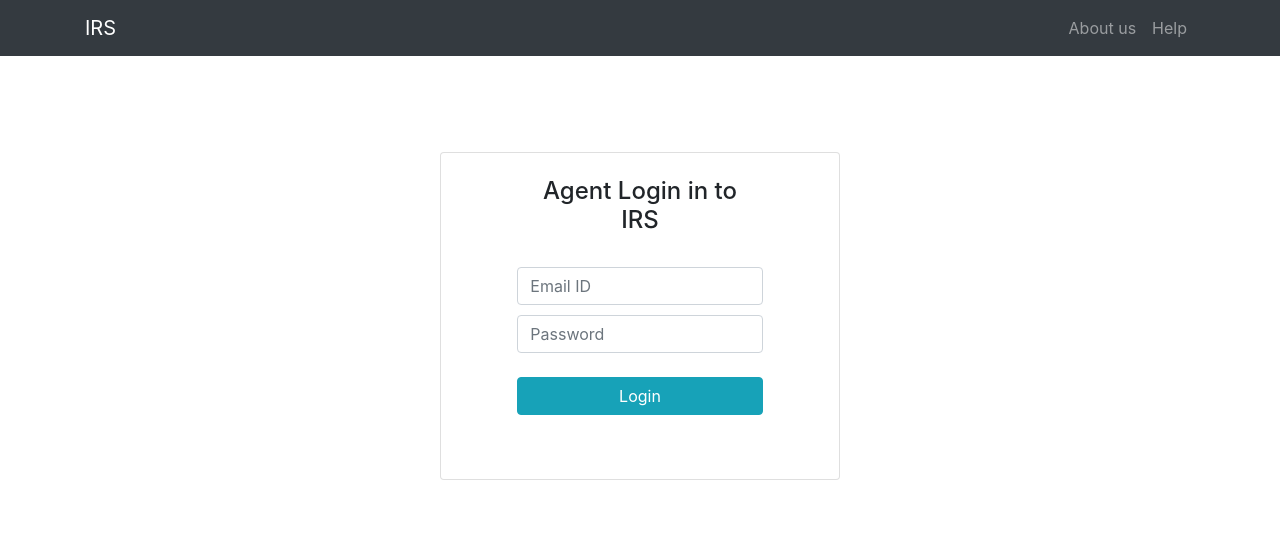
Repository: greeshmavyas/IRS_CS
Page: / (app in AgentManagement/Frontend/)
The author's editor kept a copy of each file at every save. The page is drawn from the files as they stood at one save, then again after the next save.
The browser window is 1280 px wide. The pictures show the whole page.
Some web libraries are served in a nearby version. The project was rebuilt for these pictures with package versions that can differ from the ones it lists, and the page was loaded fresh each time. Also part of the build but not shown: AgentManagement/Frontend/src/components/NavbarDash.js, AgentManagement/Frontend/src/components/Sidebar.js, AgentManagement/Frontend/src/components/Dashboard.js, AgentManagement/Frontend/src/components/Settings.js, AgentManagement/frontend/src/App.css.

Above is the page before, as saved 2020-10-26 16:46:29.

### AgentManagement/frontend/public/index.html
<!DOCTYPE html>
<html lang="en">
  <head>
    <meta charset="utf-8" />
    <link rel="icon" href="%PUBLIC_URL%/favicon.ico" />
    <meta name="viewport" content="width=device-width, initial-scale=1" />
    <meta name="theme-color" content="#000000" />
    <meta
      name="description"
      content="Web site created using create-react-app"
    />
    <link rel="apple-touch-icon" href="%PUBLIC_URL%/logo192.png" />
    <!--
      manifest.json provides metadata used when your web app is installed on a
      user's mobile device or desktop. See https://developers.google.com/web/fundamentals/web-app-manifest/
    -->
    <link rel="manifest" href="%PUBLIC_URL%/manifest.json" />
    <link rel="stylesheet" href="https://stackpath.bootstrapcdn.com/bootstrap/4.4.1/css/bootstrap.min.css"
      integrity="sha384-Vkoo8x4CGsO3+Hhxv8T/Q5PaXtkKtu6ug5TOeNV6gBiFeWPGFN9MuhOf23Q9Ifjh" crossorigin="anonymous">
    <script src="https://kit.fontawesome.com/db1fc867ad.js" crossorigin="anonymous"></script>
    <!--
      Notice the use of %PUBLIC_URL% in the tags above.
      It will be replaced with the URL of the `public` folder during the build.
      Only files inside the `public` folder can be referenced from the HTML.

      Unlike "/favicon.ico" or "favicon.ico", "%PUBLIC_URL%/favicon.ico" will
      work correctly both with client-side routing and a non-root public URL.
      Learn how to configure a non-root public URL by running `npm run build`.
    -->
    <title>React App</title>
  </head>
  <body>
    <noscript>You need to enable JavaScript to run this app.</noscript>
    <div id="root"></div>
    <script src="https://code.jquery.com/jquery-3.4.1.slim.min.js"
      integrity="sha384-J6qa4849blE2+poT4WnyKhv5vZF5SrPo0iEjwBvKU7imGFAV0wwj1yYfoRSJoZ+n" crossorigin="anonymous"></script>
    <script src="https://cdn.jsdelivr.net/npm/popper.js@1.16.0/dist/umd/popper.min.js"
      integrity="sha384-Q6E9RHvbIyZFJoft+2mJbHaEWldlvI9IOYy5n3zV9zzTtmI3UksdQRVvoxMfooAo" crossorigin="anonymous"></script>
    <script src="https://stackpath.bootstrapcdn.com/bootstrap/4.4.1/js/bootstrap.min.js"
      integrity="sha384-wfSDF2E50Y2D1uUdj0O3uMBJnjuUD4Ih7YwaYd1iqfktj0Uod8GCExl3Og8ifwB6" crossorigin="anonymous"></script>
    <!--
      This HTML file is a template.
      If you open it directly in the browser, you will see an empty page.

      You can add webfonts, meta tags, or analytics to this file.
      The build step will place the bundled scripts into the <body> tag.

      To begin the development, run `npm start` or `yarn start`.
      To create a production bundle, use `npm run build` or `yarn build`.
    -->
  </body>
</html>

### AgentManagement/Frontend/src/App.js
import React from 'react';
import { BrowserRouter } from 'react-router-dom';
import Main from "./Main"
import './App.css';

function App() {
  return (
    <div>
      <BrowserRouter>
        <Main />
      </BrowserRouter>
    </div>
  );
}

export default App;

### AgentManagement/Frontend/src/Main.js
import React, { Component } from 'react';
import { Route } from 'react-router-dom';
import login from './components/login';
import Dashboard from './components/Dashboard';
import Settings from './components/Settings';

 class Main extends Component {
    render() {
        return (
          <div>
            <Route exact path="/" component={login} />
            <Route exact path="/dashboard" component={Dashboard} />
            <Route exact path="/settings" component={Settings} />
          </div>
        );
    }
}

export default Main;

### AgentManagement/Frontend/src/components/login.js
import React, { Component } from "react";
import Card from 'react-bootstrap/Card'
import NavbarLogin from './NavbarLogin'
import Form from 'react-bootstrap/Form'
import Button from 'react-bootstrap/Button'
import axios from 'axios';
import config from '../config/settings'
import { Redirect } from 'react-router'

class login extends Component {
  constructor() {
    super();
    this.state = {
      emailID: "",
      password: "",
      SignedUpFlag: false,
      message: "",
    }

    this.emailIDChangeHandler = this.emailIDChangeHandler.bind(this)
    this.passwordChangeHandler = this.passwordChangeHandler.bind(this)
    this.submitLogin = this.submitLogin.bind(this)
  }

  emailIDChangeHandler = (e) => {
    var str = (e.target.value).toLowerCase()
    this.setState({
      emailID: str
    })
  }
  passwordChangeHandler = (e) => {
    this.setState({
      password: e.target.value
    })
  }
  submitLogin = (e) => {
    console.log("in submit Login")
    const data = {
      emailId: this.state.emailID,
      password: this.state.password
    }
    console.log("data is..")
    console.log(data);
    e.preventDefault();
    axios.defaults.withCredentials = true;

    axios({
      method: 'post',
      url: 'http://' + config.hostname + ':' + config.backendPort + '/agentLogin',
      params: data,
    })
      .then(response => {
        console.log("Status Code : ", response.status);
        console.log("Response from Sign Up ")
        console.log(response);

        if (response.data.responseMessage === 'Login Successfully') {
          this.setState({
            SignedUpFlag: true
          })
        } else {
          this.setState({
            SignedUpFlag: false,
            message : 'Invalid Credentials'
          })
          console.log(this.state.message)

        }
      }).catch(error => {
        console.log(error);
        this.setState({
          SignedUpFlag: false,
          message : 'Invalid Credentials'
        })
        console.log(this.state.message)
      })
  }

  render() {
    if (this.state.SignedUpFlag === true) {
      return <Redirect to="/AgentDashboard" />
    }
    return (
        <div>
          <NavbarLogin />
          <br></br>
          <br></br>
          <br></br>
          <center>
            <Card style={{ width: '25rem' }}>
              <div className="container">
                <div className="row">
                  <div className="col-md-8 m-auto">
                    <br></br>
                    <h4>Agent Login in to IRS</h4>
                    <br></br>
                    <Form className="input">
                      <Form.Row>
                        <Form.Control placeholder="Email ID" onChange={this.emailIDChangeHandler} />
                        <br></br>
                        <br></br>
                        <Form.Control placeholder="Password" type="password" onChange={this.passwordChangeHandler} />
                        <br></br>
                        <Button className="btn btn-info btn-block mt-4" onClick={this.submitLogin} >Login</Button>
                      </Form.Row>
                      <p className="text-danger">{this.state.message}</p>
                      <br></br>
                      <br></br>

                    </Form>
                  </div>
                </div>
              </div>
            </Card>
          </center>
        </div>
      );
  }
}

export default login;

### AgentManagement/Frontend/src/components/NavbarLogin.js
import React, { Component } from 'react';

class NavbarLogin extends Component {

  handleLogout = () => {
    window.localStorage.clear();
  };

  render() {
    return (
      <nav className="navbar navbar-expand-sm navbar-dark bg-dark mb-4">
        <div className="container">
          <a className="navbar-brand" href="/companyDashboard">
            IRS
          </a>
          <button
            className="navbar-toggler"
            type="button"
            data-toggle="collapse"
            data-target="#mobile-nav"
          >
            <span className="navbar-toggler-icon"></span>
          </button>

          <div className="collapse navbar-collapse" id="mobile-nav">

            <ul className="navbar-nav ml-auto">
              <li className="nav-item">
                <a className="nav-link" href="/">
                  About us
                </a>
              </li>
              <li className="nav-item">
                <a className="nav-link" href="/" onClick={this.handleLogout}>
                  Help
                </a>
              </li>
            </ul>
          </div>
        </div>
      </nav>
    );
  }
}

export default NavbarLogin;

### AgentManagement/Frontend/src/config/settings.js
module.exports = {
    "hostname": "localhost",
    "backendPort": 3001,
    'frontendHostName': 'localhost',
    'frontendPort': 3000,
};

Loaded but not shown: AgentManagement/Frontend/src/index.js (common file); AgentManagement/frontend/src/index.css (common file); AgentManagement/frontend/src/serviceWorker.js (common file)

After the next save:
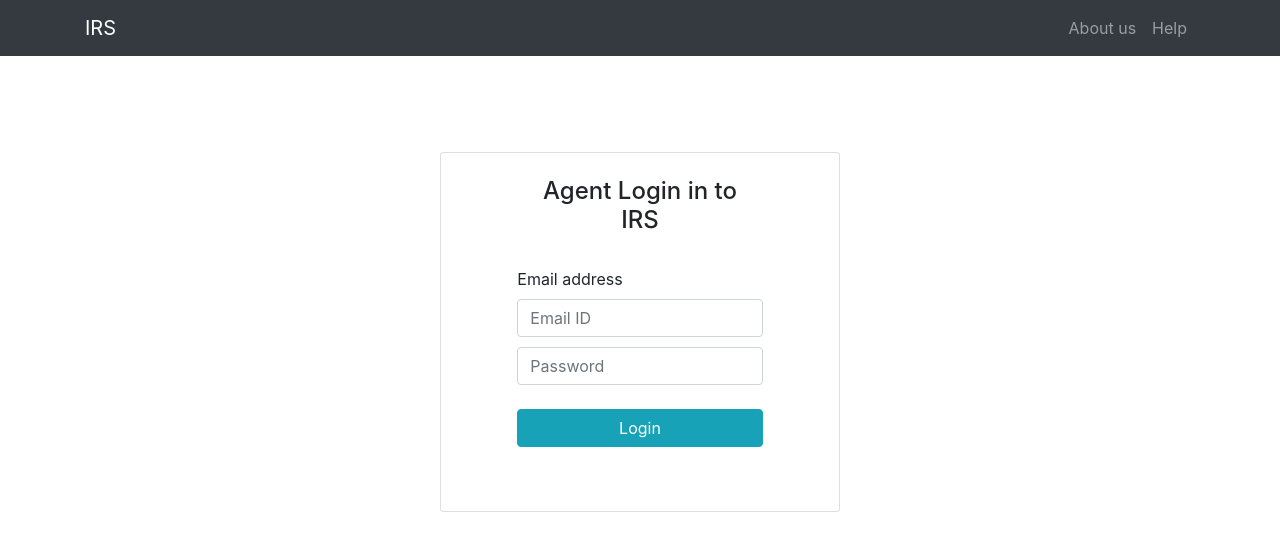
Saved 81 s later.
--- a/AgentManagement/Frontend/src/components/login.js
+++ b/AgentManagement/Frontend/src/components/login.js
@@ -96,6 +96,7 @@ class login extends Component {
                     <br></br>
                     <Form className="input">
                       <Form.Row>
+                        <Form.Label>Email address</Form.Label>
                         <Form.Control placeholder="Email ID" onChange={this.emailIDChangeHandler} />
                         <br></br>
                         <br></br>
